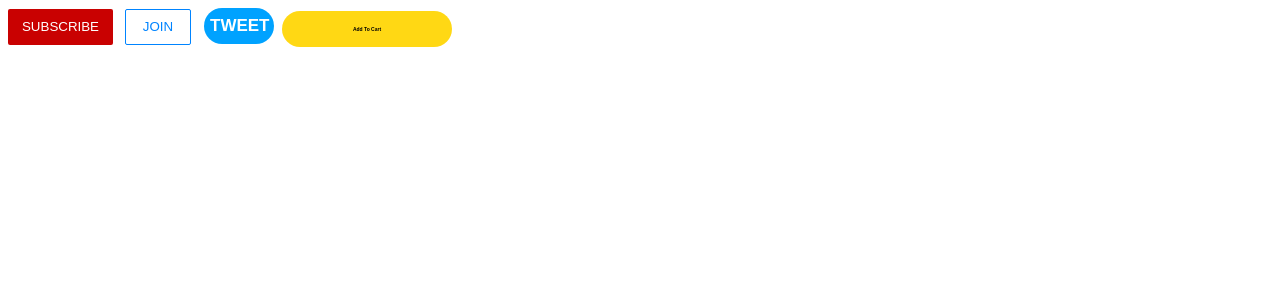
Repository: RagulRanjeeth/Frontend
Page: buttons.html
These files come from the project's save history. The page is drawn as it stood at one moment and after the next save; the edit follows.
The browser window is 1280 px wide. The pictures show the whole page.

Above is the page before, as saved 2026-01-19 17:17:58.

### buttons.html
<style>
    .subscrbeButton
    {
        background-color: rgb(201, 1, 1);
        color:white;
        border:none;
        height: 36px;
        width:105px;
        border-radius: 2px;
        cursor: pointer;
        margin-right: 8px;
        transition: opacity 0.1s,
    }

    .subscrbeButton:hover{
        opacity: 0.6;

    }

    .subscrbeButton:active{
        background-color:blue;
    }



    .join{
        background-color: white;
        color:rgb(0, 132, 255);
        border-color:rgb(0, 132, 255);
        border-style:solid;
        border-width: 1px;
        height: 36px;
        width:66px;
        border-radius: 2px;
        cursor: pointer;
        margin-right: 1px;
        transition: background-color 1s,
        color 1s;
    }

    .join:hover{
        background-color:rgb(1, 116, 223);
        color: white;

    }


    .join:active{
        opacity: 0.5;
    }


    .tweet{
        background-color: rgb(0, 162, 255);
        color: white;
        border:none;
        height: 36px;
        width: 70px;
        border-radius: 19px;
        font-weight: bold;
        font-size: 17px;
        margin-left: 8px;
        cursor: pointer;
        transition: background-color 1s,
        color 1s;

    }

    .tweet:hover{

          box-shadow: 1px 4px 5px rgba(0,0,0, 0.6);
    }

    .tweet:active{
       opacity: 0.5;
    }

    .amazon{
        background-color: rgba(255, 216, 20);
        color: black;
        height: 36px;
        width: 170px;
        font-weight: bold;
        font-size: 5px;
        border: none;
        border-radius: 18px;
        margin-left: 4px;
    }
</style>

<button class="subscrbeButton">SUBSCRIBE</button>

<button class="join">JOIN</button>

<button class="tweet">TWEET</button>

<button class="amazon">
    Add To Cart
</button>

After the next save:
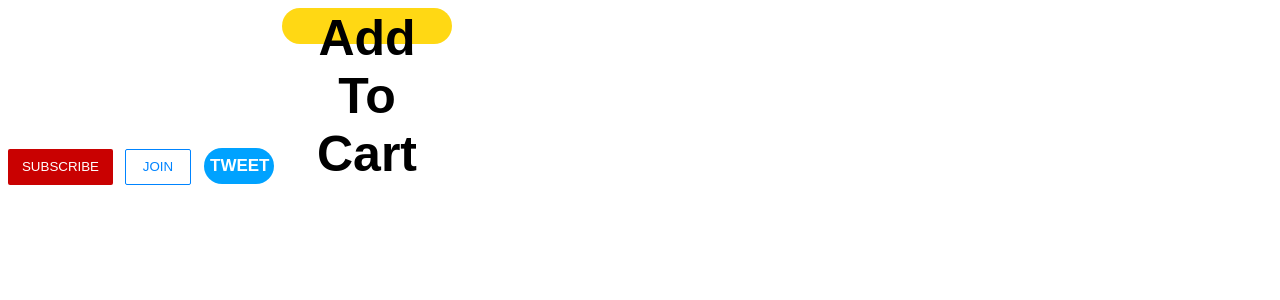
Saved 7 s later.
--- a/buttons.html
+++ b/buttons.html
@@ -81,7 +81,7 @@
         height: 36px;
         width: 170px;
         font-weight: bold;
-        font-size: 5px;
+        font-size: 50px;
         border: none;
         border-radius: 18px;
         margin-left: 4px;

After the save that followed:
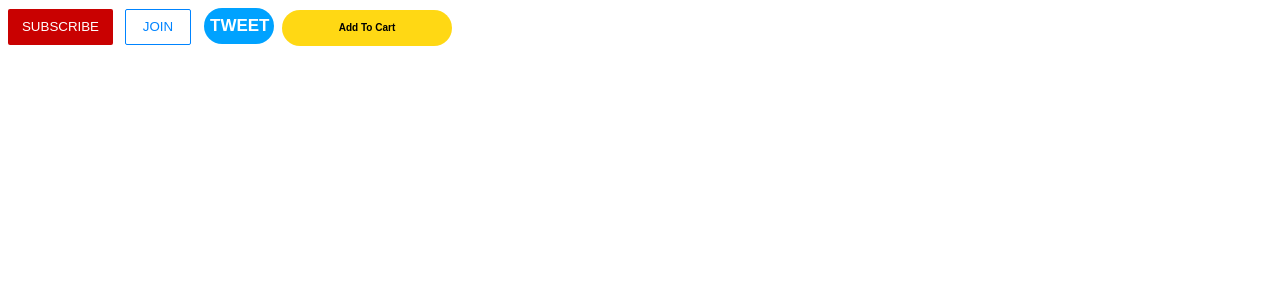
Saved 7 s later.
--- a/buttons.html
+++ b/buttons.html
@@ -81,7 +81,7 @@
         height: 36px;
         width: 170px;
         font-weight: bold;
-        font-size: 50px;
+        font-size: 10px;
         border: none;
         border-radius: 18px;
         margin-left: 4px;
